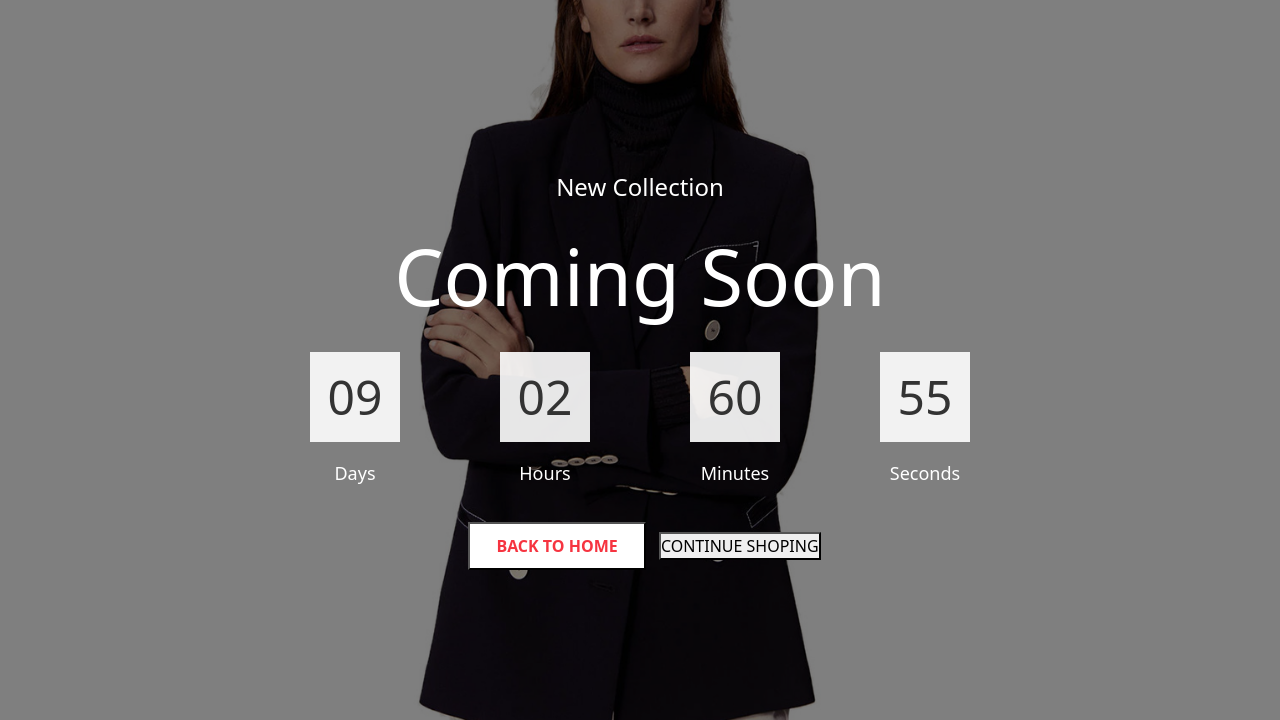
Repository: ST-United-Internship/Modaz-4life
Page: comingsoon&FAQ/coming-soon.html
An editor plug-in stored every save of this project. The page is shown before and after the next save, followed by the edit.
The browser window is 1280 px wide. The pictures show the whole page.

Above is the page before, as saved 2023-03-22 10:11:12.

After the next save:
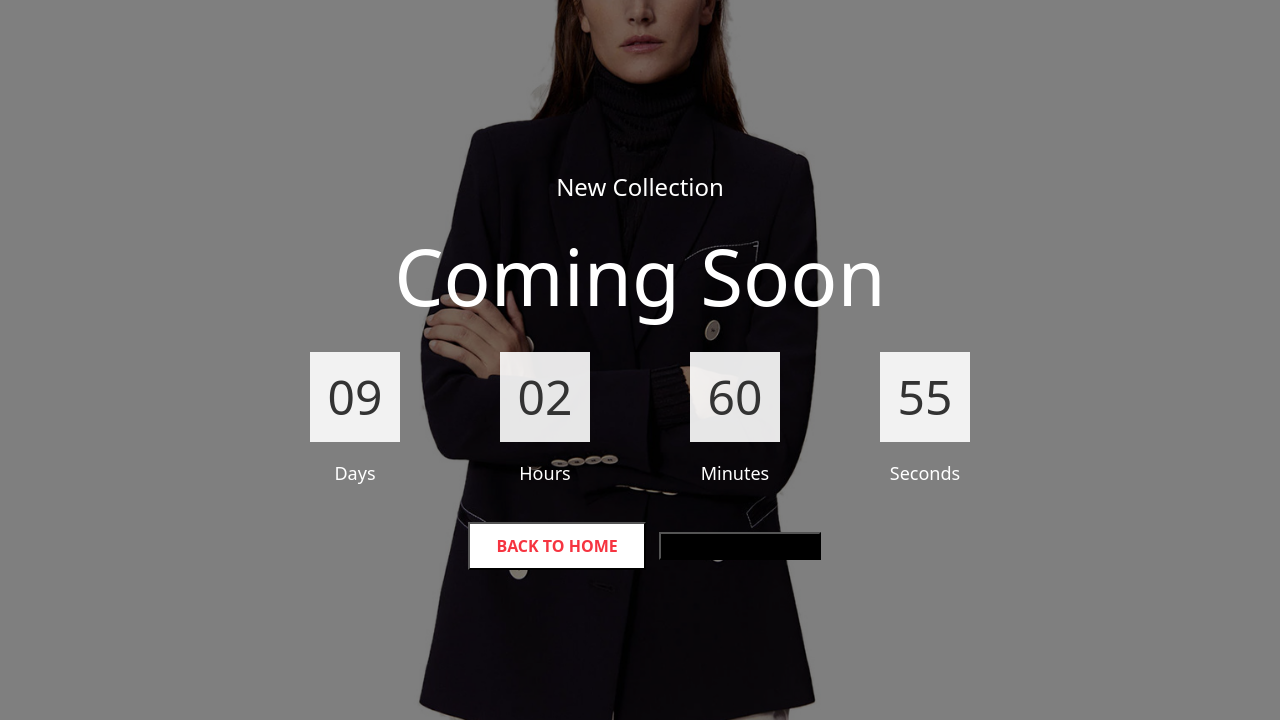
Saved 5 s later.
--- a/comingsoon&FAQ/coming-soon.html
+++ b/comingsoon&FAQ/coming-soon.html
@@ -35,7 +35,7 @@
         </div>
         <div class="flat-button">
             <button type="button" class="bg-white">BACK TO HOME</button>
-            <button type="button" class="bg-">CONTINUE SHOPING</button>
+            <button type="button" class="bg-black">CONTINUE SHOPING</button>
             </div>
        </section>
     </section>
